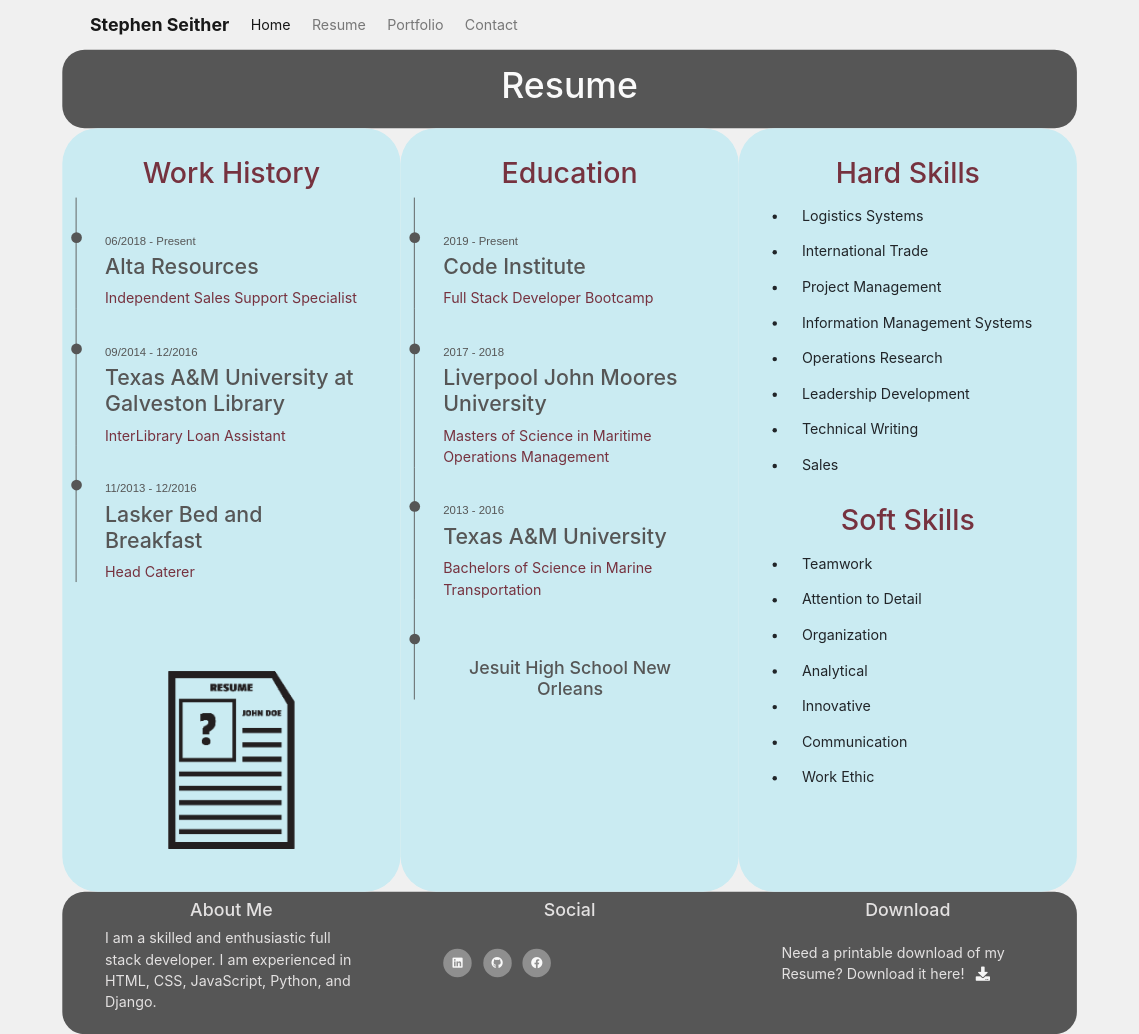
Repository: stephenseither/First-Milestone-Project
Page: experience.html
The author's editor kept a record of every edit. The page is drawn from the files as they stood at one moment, then again after the next edit.
The browser window is 1280 px wide. The pictures show the whole page, at 89% of full size.
Some web libraries are served in a nearby version.

Above is the page before.

### experience.html
<!DOCTYPE html>
<html lang="en">

<head>
    <meta charset="UTF-8">
    <meta name="viewport" content="width=device-width, initial-scale=1.0">
    <meta http-equiv="X-UA-Compatible" content="ie=edge">
    <link rel="stylesheet" href="https://stackpath.bootstrapcdn.com/bootstrap/4.3.1/css/bootstrap.min.css" integrity="sha384-ggOyR0iXCbMQv3Xipma34MD+dH/1fQ784/j6cY/iJTQUOhcWr7x9JvoRxT2MZw1T" crossorigin="anonymous">
    <link rel="stylesheet" href="https://use.fontawesome.com/releases/v5.10.2/css/all.css" integrity="sha384-rtJEYb85SiYWgfpCr0jn174XgJTn4rptSOQsMroFBPQSGLdOC5IbubP6lJ35qoM9" crossorigin="anonymous">
    <link rel="stylesheet" href="https://cdnjs.cloudflare.com/ajax/libs/hover.css/2.3.1/css/hover-min.css" type="text/css" />
    <link rel="stylesheet" href="assets/css/style.css" type="text/css" />
    <title>Personal Portfolio</title>
</head>

<body>
    <div class="container">
        <div class="row">
            <div class="col">
                <nav class="navbar navbar-light bg-navbar navbar-expand-sm">
                    <a href="index.html" class="navbar-brand font-weight-bold">Stephen Seither</a>

                    <button class="navbar-toggler ml-auto" type="button" data-toggle="collapse" data-target="#navbarNavDropdown" aria-controls="navbarNavDropdown" aria-expanded="false" aria-label="Toggle navigation">
            <span class="navbar-toggler-icon"></span></button>

                    <div class="collapse navbar-collapse" id="navbarNavDropdown">
                        <ul class="navbar-nav mr-auto">
                            <li class="active nav-item mr-2"><a class="nav-link" href="index.html">Home</a></li>
                            <li class="nav-item mr-2"><a class="nav-link" href="experience.html">Resume</a></li>
                            <li class="nav-item mr-2"><a class="nav-link" href="portfolio.html">Portfolio</a></li>
                            <li class="nav-item mr-2"><a class="nav-link" href="contact.html">Contact</a></li>
                        </ul>
                    </div>
                </nav>
            </div>
        </div>
    </div>

    <div class="container">
        <div class="row">
            <div class="col resume heading bg-header py-3">
                <h1 class="uppercase">
                    Resume
                </h1>
            </div>
        </div>
    </div>

    <div class="container">
        <div class="row">
            <div class="col-md-4 bg-work-timeline pb-5 work-timeline">
                <div class="work-history pt-4">
                    <h2>Work History</h2>
                </div>
                <div class="history-items">
                    <div class="timeline-item" data-dates="06/2018 - Present">
                        <h4> Alta Resources</h4>
                            <p>Independent Sales Support Specialist</p>
                    </div>
                    <div class="timeline-item" data-dates="09/2014 - 12/2016">
                        <h4> Texas A&M University at Galveston Library </h4>
                            <p>InterLibrary Loan Assistant</p>
                    </div>
                    <div class="timeline-item" data-dates="11/2013 - 12/2016">
                        <h4> Lasker Bed and Breakfast</h4>
                            <p>Head Caterer</p>
                    </div>
                </div>
                <div class="resume-link">
                    <a href="assets/resume/resume.pdf" target="_blank">
                        <img src="assets/images/resume.png" class="rounded mx-auto d-block" alt="Resume">
                    </a>
                </div>
            </div>
            <div class="col-md-4 bg-school-timeline school-timeline pb-5">
                <div class="school pt-4">
                    <h2>Education</h2>
                </div>
                <div class="school-item" data-dates="2019 - Present">
                    <h4>Code Institute</h4>
                        <p>Full Stack Developer Bootcamp</p>
                </div>
                <div class="school-item" data-dates="2017 - 2018">
                    <h4>Liverpool John Moores University</h4>
                        <p>Masters of Science in Maritime Operations Management</p>
                </div>
                <div class="school-item" data-dates="2013 - 2016">
                    <h4>Texas A&M University</h4>
                        <p>Bachelors of Science in Marine Transportation</p>
                </div>
                <div class="school-item">
                    <h5>Jesuit High School New Orleans</h5>
                </div>
            </div>



            <div class="col-md-4 bg-skills skills-list pb-5">
                <div class="skills pt-4">
                    <h2>Hard Skills</h2>
                </div>
                <ul>
                    <li class="px-3 py-2">Logistics Systems</li>
                    <li class="px-3 py-2">International Trade</li>
                    <li class="px-3 py-2">Project Management</li>
                    <li class="px-3 py-2">Information Management Systems</li>
                    <li class="px-3 py-2">Operations Research</li>
                    <li class="px-3 py-2">Leadership Development</li>
                    <li class="px-3 py-2">Technical Writing</li>
                    <li class="px-3 py-2">Sales</li>
                </ul>

                <div class="skills">
                    <h2>Soft Skills</h2>
                </div>
                <ul>
                    <li class="px-3 py-2">Teamwork</li>
                    <li class="px-3 py-2">Attention to Detail</li>
                    <li class="px-3 py-2">Organization</li>
                    <li class="px-3 py-2">Analytical</li>
                    <li class="px-3 py-2">Innovative</li>
                    <li class="px-3 py-2">Communication</li>
                    <li class="px-3 py-2">Work Ethic</li>
                </ul>
            </div>
        </div>
    </div>



    <footer>
        <div class="container footer bg-footer">
            <div class="row">
                <div class="col-md-4 px-5 py-2">
                    <h5>About Me</h5>
                    <p>I am a skilled and enthusiastic full stack developer. I am experienced in HTML, CSS, JavaScript, Python, and Django.</p>
                </div>
                <div class="col-md-4 px-5 py-2">
                    <h5 class="uppercase general-sub">Social</h5>
                    <ul class="list-inline social-links-footer py-4">
                        <li class="list-inline-item">
                            <a href="https://www.linkedin.com/in/stephen-seither-254ba7b7" target="_blank">
                                <i class="fab fa-linkedin" aria-hidden="true"></i>
                                <span class="sr-only">LinkedIn</span>
                                </a>
                        </li>
                        <li class="list-inline-item">
                            <a href="https://github.com/stephenseither" target="_blank">
                                    <i class="fab fa-github" aria-hidden="true"></i>
                                    <span class="sr-only">GitHub</span>
                                </a>
                        </li>
                        <li class="list-inline-item">
                            <a href="https://www.facebook.com/stephen.seither" target="_blank">
                                    <i class="fab fa-facebook" aria-hidden="true"></i>
                                    <span class="sr-only">Facebook</span>
                                </a>
                        </li>
                    </ul>
                </div>
                <div class="col-md-4 px-5 py-2">
                    <h5>Download</h5>
                    <p class="py-3">Need a printable download of my Resume? Download it here!
                        <a href="assets/resume/resume.pdf" target="_blank" class="resume-pdf"><i class="fa fa-download" aria-hidden="true"></i>
                        <span class="sr-only">Download link.</span>
                        </a>
                    </p>
                </div>
            </div>
        </div>
    </footer>
    <script src="https://code.jquery.com/jquery-3.3.1.slim.min.js" integrity="sha384-q8i/X+965DzO0rT7abK41JStQIAqVgRVzpbzo5smXKp4YfRvH+8abtTE1Pi6jizo" crossorigin="anonymous"></script>
    <script src="https://cdnjs.cloudflare.com/ajax/libs/popper.js/1.14.3/umd/popper.min.js" integrity="sha384-ZMP7rVo3mIykV+2+9J3UJ46jBk0WLaUAdn689aCwoqbBJiSnjAK/l8WvCWPIPm49" crossorigin="anonymous"></script>
    <script src="https://stackpath.bootstrapcdn.com/bootstrap/4.1.3/js/bootstrap.min.js" integrity="sha384-ChfqqxuZUCnJSK3+MXmPNIyE6ZbWh2IMqE241rYiqJxyMiZ6OW/JmZQ5stwEULTy" crossorigin="anonymous"></script>
</body>

</html>

### assets/css/style.css
/*---------------------------BG Colors---------------------- */

body {
    background-color: #f0f0f0;
}

.bg-navbar {
    background-color: #f0f0f0;
}

.bg-header {
    background-color: #565656;
}

.about-me {
    background-color: #caebf2;
}

.photo {
    background-color: #caebf2;
}

.contact-info {
    background-color: #7395ae;
    color: #fafafa;
    font-weight: normal;
}

.bg-work-timeline {
    background-color: #caebf2;
}

.bg-school-timeline {
    background-color: #caebf2;
}

.bg-skills {
    background-color: #caebf2;
}

.bg-footer {
    background-color: #565656;
}

.bg-button {
    background-color: #caebf2;
}

.bg-portfolio {
    background-color: #caebf2;
}

.bg-contact {
    background-color: #caebf2;
}

/*---------------------------Header---------------------- */

.heading {
    text-align: center;
    border-radius: 25px;
}

.name {
    margin-top: 60px;
    color: #fff;
}

.title {
    color: #e3e1e1;
    margin-bottom: 20px;
}

.social-links {
    margin-left: 40px;
}

.social-links li a i {
    width: 32px;
    height: 32px;
    padding: 12px 2px;
    border-radius: 50%;
    font-size: 13px;
    line-height: 7px;
    text-align: center;
    color: #fafafa;
    background: #8f8f8f;
    transition: all 0.35s ease-in-out, ;
    -moz-transition: all 0.35s ease-in-out;
    -webkit-transition: all 0.35s ease-in-out;
    -o-transition: all 0.35s ease-in-out;
}

.social-links li a i:hover {
    background-color: #b8784b;
    transform: scale(1.5);
    -webkit-transform: scale(1.5);
    -moz-transform: scale(1.5);
    -o-transform: scale(1.5);
}


/*---------------------------About Me---------------------- */

.about-me {
    border-width: 2px 4px;
    border-radius: 40px;
    color: #f5f5f5;
    text-align: left;
}

.about-me p {
    color: #565656;
    font-weight: 500;
}

.photo {
    border-width: 2px 4px;
    border-radius: 40px;
}


h2 {
    color: #76323f;
    padding-top: 8px;
}

/*--------------------------Contact Me Page---------------------- */

.contact-page {
    border-width: 2px 4px;
    border-radius: 40px;
    color: #76323f;
    font-weight: bold;
}

.title-2 {
    color: #76323f;
}

.personal-info-item-2 {
    display: inline-block;
    margin-left: 80px;
    margin-right: 20px;
}

.personal-info-item .title-2,
.personal-info-item .value-2 {
    display: inline-block;
    padding-right: 15px;
}

.center-form {
    padding-top: 10px;
    margin: 0 auto;
}

@media(min-width: 992px) {
    .center-form {
        padding-top: 30px;
        min-height: 240px;
        margin: 0 auto;
        max-width: 70%;
    }
}

button[type="submit"] {
    margin-top: 15px;
    margin-bottom: 20px;
    color: #fafafa;
    background-color: #76323f;
    text-align: center;
}


/*---------------------------Contact Info---------------------- */

.personal-info-item {
    margin-bottom: 10px;
    display: block;
    clear: both;
    font-size: 20px;
}

.personal-info-item .title,
.personal-info-item .value {
    display: inline-block;
    padding-right: 15px;
}

button[type="button"] {
    margin-top: 15px;
    margin-bottom: 20px;
    color: #fafafa;
    background-color: #76323f;
}

.contact-me-btn {
    margin-left: 110px;
}

/*--------------------------Resume---------------------- */

.resume {
    text-align: center;
    color: #fafafa;
    padding: 8px;
}

.resume-link {
    margin-top: 100px;
    transition: all 0.35s ease-in-out, ;
    -moz-transition: all 0.35s ease-in-out;
    -webkit-transition: all 0.35s ease-in-out;
    -o-transition: all 0.35s ease-in-out;
}

.resume-link:hover {
    transform: scale(1.05);
    -webkit-transform: scale(1.05);
    -moz-transform: scale(1.05);
    -o-transform: scale(1.05);
}


.work-history {
    color: #565656;
    text-align: center;
}

.work-timeline {
    border-width: 2px 4px;
    border-radius: 40px;
}

.timeline-item {
    padding: 4em 2em 0em 2em;
    position: relative;
    color: #565656;
    border-left: 1px solid;
}

.timeline-item p {
    padding: 0;
    margin: 0;
    color: #76323f;
}

.timeline-item:before {
    content: attr(data-dates);
    position: absolute;
    left: 2.5em;
    top: 3em;
    display: block;
    font-family: "Exo", sans-serif;
    font-weight: 500;
    font-size: 0.8em;
    padding: 0;
    margin: 0;
}

.timeline-item:after {
    width: 12px;
    height: 12px;
    display: block;
    top: 2.4em;
    position: absolute;
    left: -6px;
    border-radius: 12px;
    content: '';
    background-color: #565656;
}


.school {
    color: #565656;
    text-align: center;
}

.school-item {
    padding: 4em 2em 0em 2em;
    position: relative;
    color: #565656;
    border-left: 1px solid;
}


.school-timeline {
    border-width: 2px 4px;
    border-radius: 40px;
}

.school-item p {
    padding: 0;
    margin: 0;
    color: #76323f;
}

.school-item:before {
    content: attr(data-dates);
    position: absolute;
    left: 2.5em;
    top: 3em;
    display: block;
    font-family: "Exo", sans-serif;
    font-weight: 500;
    font-size: 0.8em;
    padding: 0;
    margin: 0;
}

.school-item:after {
    width: 12px;
    height: 12px;
    display: block;
    top: 2.4em;
    position: absolute;
    left: -6px;
    border-radius: 12px;
    content: '';
    background-color: #565656;
}

.skills {
    color: #565656;
    text-align: center;
}

.skills-list {
    border-width: 2px 4px;
    border-radius: 40px;
}


/*---------------------------Footer---------------------------*/

.footer {
    border-radius: 25px;
    color: #e3e1e1
}

h5 {
    text-align: center;
}

.social-links-footer li a i {
    width: 32px;
    height: 32px;
    padding: 12px 2px;
    border-radius: 50%;
    font-size: 13px;
    line-height: 7px;
    text-align: center;
    color: #fafafa;
    background: #8f8f8f;
    transition: all 0.35s ease-in-out, ;
    -moz-transition: all 0.35s ease-in-out;
    -webkit-transition: all 0.35s ease-in-out;
    -o-transition: all 0.35s ease-in-out;
}

.social-links-footer li a i:hover {
    background-color: #b8784b;
    transform: scale(1.5);
    -webkit-transform: scale(1.5);
    -moz-transform: scale(1.5);
    -o-transform: scale(1.5);
}

.resume-pdf i {
    color: #f5f5f5;
    padding-left: 8px;
    transition: all 0.35s ease-in-out, ;
    -moz-transition: all 0.35s ease-in-out;
    -webkit-transition: all 0.35s ease-in-out;
    -o-transition: all 0.35s ease-in-out;
}

.resume-pdf i:hover {
    color: #b8784b;
    transform: scale(1.5);
    -webkit-transform: scale(1.5);
    -moz-transform: scale(1.5);
    -o-transform: scale(1.5);
}

/*---------------------------Portfolio---------------------------*/

.portfolio {
    border-width: 2px 4px;
    border-radius: 40px;
}



.portfolio-item {
    transition: all 0.35s ease-in-out, ;
    -moz-transition: all 0.35s ease-in-out;
    -webkit-transition: all 0.35s ease-in-out;
    -o-transition: all 0.35s ease-in-out;
}

.portfolio-item:hover {
    transform: scale(1.2);
    -webkit-transform: scale(1.2);
    -moz-transform: scale(1.2);
    -o-transform: scale(1.2);
}

.progress {
    position: relative;
    height: 25px;
    margin-bottom: 4px;
    background-color: #D3D3D3;
}

.progress-type {
    position: absolute;
    left: 0px;
    font-weight: 400;
    padding: 3px 30px 2px 10px;
    color: #fafafa;
    background-color: rgba(25, 25, 25, 0.2);
}

After the next edit:
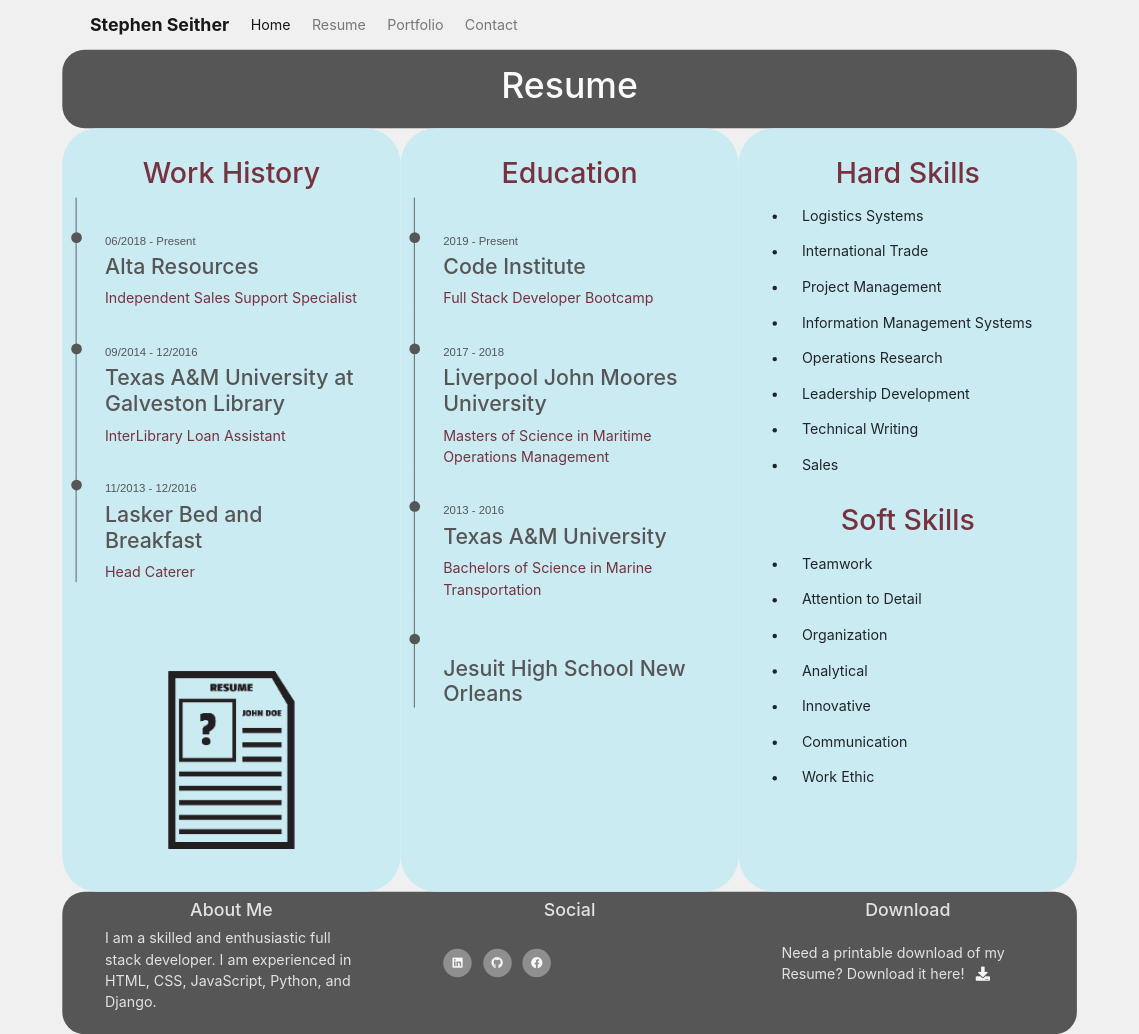
The edit:
--- a/experience.html
+++ b/experience.html
@@ -88,7 +88,7 @@
                         <p>Bachelors of Science in Marine Transportation</p>
                 </div>
                 <div class="school-item">
-                    <h5>Jesuit High School New Orleans</h5>
+                    <h4>Jesuit High School New Orleans</h4>
                 </div>
             </div>
 
